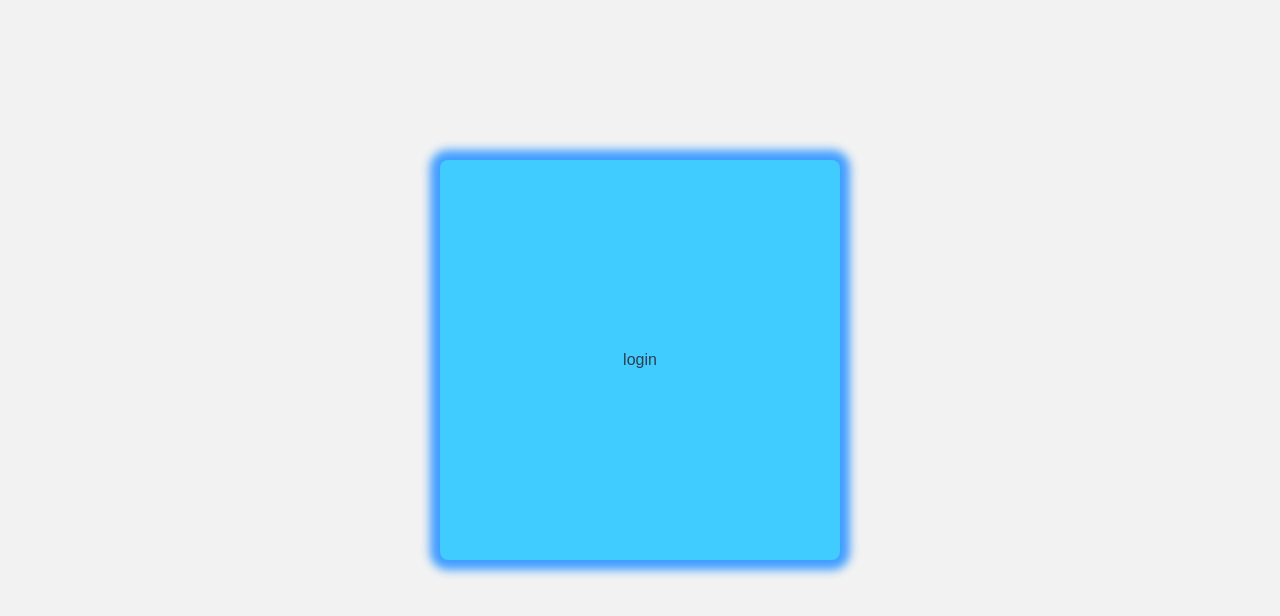
Repository: omsGroup/oms
Page: /#/systemSetting
The author's editor kept a copy of each file at every save. The page is drawn from the files as they stood at one save, then again after the next save.
The browser window is 1280 px wide. The pictures show the whole page.
The project was rebuilt for these pictures with package versions that can differ from the ones it lists, and the page was loaded fresh each time.

Above is the page before, as saved 2018-09-02 20:57:14.

After the next save:
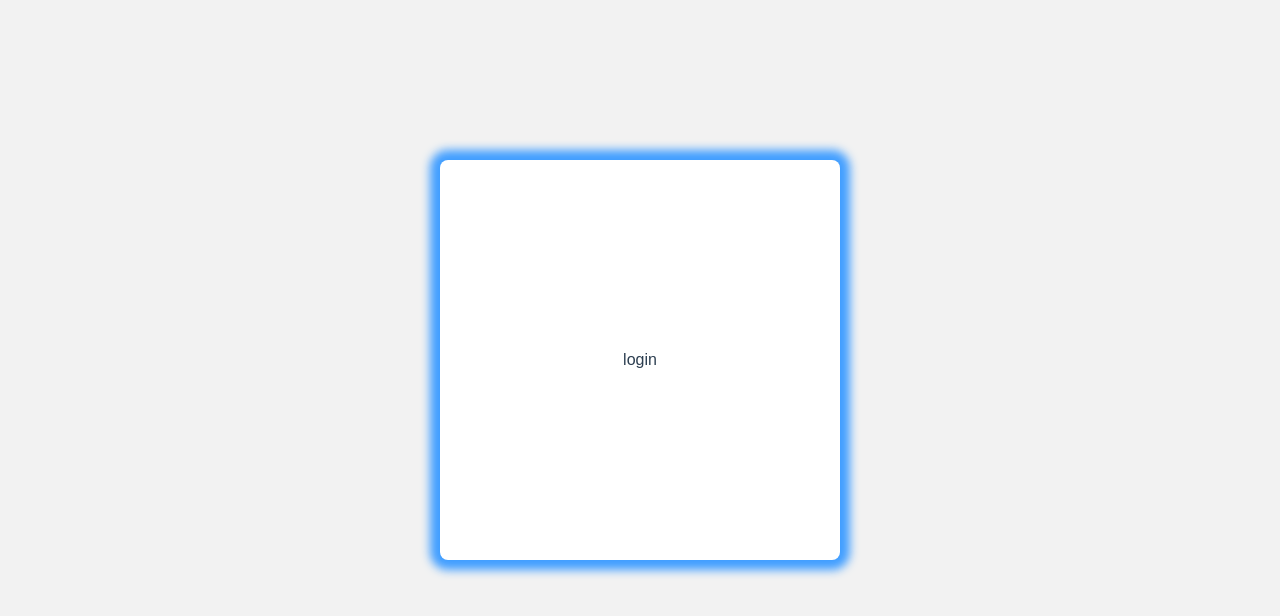
Saved 8 s later.
--- a/src/components/login.vue
+++ b/src/components/login.vue
@@ -58,7 +58,7 @@ export default {
             // border:1px solid #999;
             border-radius:8px;
             box-shadow: #419eff 0px 0px 10px 10px;
-            background:#41ccff;
+            background:#fff;
         }
     }
 
